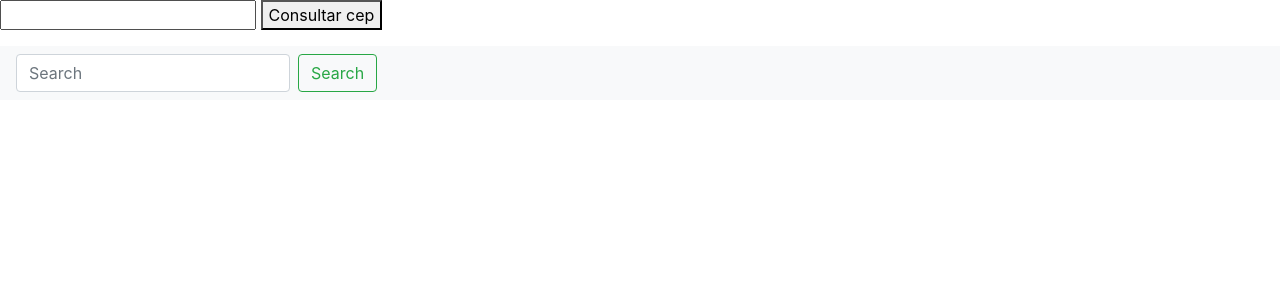
Repository: DaniloBaracho/jquery
Page: index.html
The author's editor kept a copy of each file at every save. The page is drawn from the files as they stood at one save, then again after the next save.
The browser window is 1280 px wide. The pictures show the whole page.

Above is the page before, as saved 2020-06-19 17:42:24.

### index.html
<!DOCTYPE html>
<html lang="pt-br">
    <head>
        <meta charset="utf-8"/>
        <title>
            Página AJAX
        </title>
        <script type="text/javascript" src="js/jquery-3.5.1.min.js"></script>
        <script type="text/javascript" src="js/main.js"></script>
        <link rel="stylesheet" type="text/css" href="bootstrap/css/bootstrap.min.css">
    </head>
    <body>
        <input id="cep">
        <button type="button" onclick="ConsultaCep()">Consultar cep</button>
        <p id="logradouro"></p>
        <p id="bairro"></p>
        <p id="uf"></p>
        <p id="localidade"></p>
        <nav class="navbar navbar-expand-lg navbar-light bg-light">

              <form class="form-inline my-2 my-lg-0">
                <input class="form-control mr-sm-2" type="search" placeholder="Search" aria-label="Search">
                <button class="btn btn-outline-success my-2 my-sm-0" type="submit">Search</button>
              </form>

          </nav>
    </body>
</html>

### js/main.js
//alert("funcionou");
function ConsultaCep(){
    var cep= document.getElementById("cep").value
    $.ajax({
        url:"https://viacep.com.br/ws/"+cep+"/json/",
        type: GET,
        success: function(response){
            console.log(response);
            //alert(response.logradouro);
            $("#logradouro").html(response.logradouro);
            //document.getElementById("logradouro").innerHTML = response.logradouro;
            document.getElementById("bairro").innerHTML = response.bairro;
            document.getElementById("uf").innerHTML = response.uf;
            document.getElementById("localidade").innerHTML = response.localidade;
        }
    })
}

Loaded but not shown: js/jquery-3.5.1.min.js (library); bootstrap/css/bootstrap.min.css (library)

After the next save:
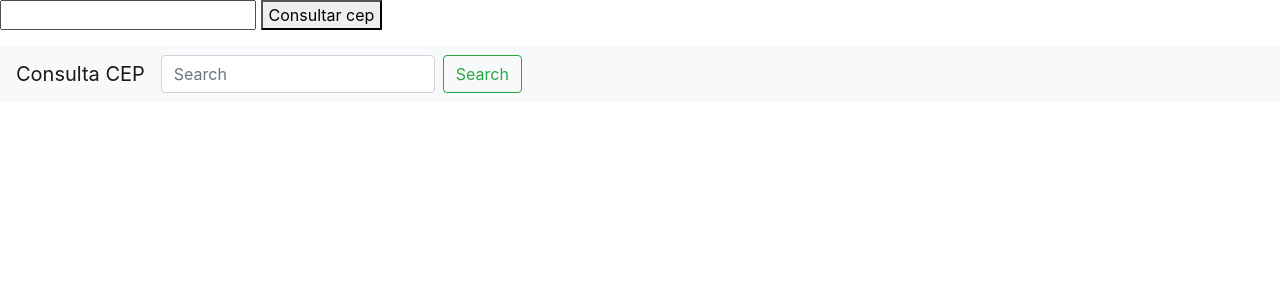
Saved 71 s later.
--- a/index.html
+++ b/index.html
@@ -17,7 +17,7 @@
         <p id="uf"></p>
         <p id="localidade"></p>
         <nav class="navbar navbar-expand-lg navbar-light bg-light">
-
+            <a class="navbar-brand">Consulta CEP</a>
               <form class="form-inline my-2 my-lg-0">
                 <input class="form-control mr-sm-2" type="search" placeholder="Search" aria-label="Search">
                 <button class="btn btn-outline-success my-2 my-sm-0" type="submit">Search</button>
